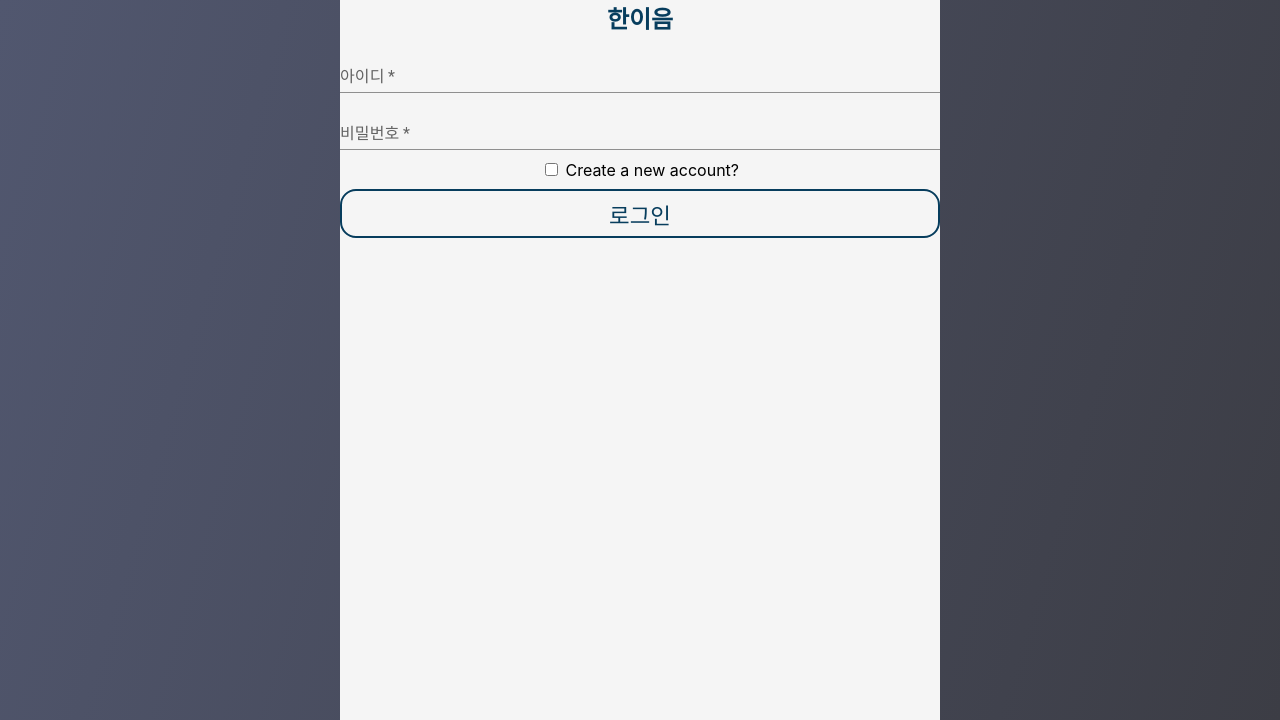
Repository: SeungYn/hanium
Page: /trade/sale
These files come from the project's save history. The page is drawn as it stood at one moment and after the next save; the edit follows.
The browser window is 1280 px wide. The pictures show the whole page.
The project was rebuilt for these pictures with package versions that can differ from the ones it lists, and the page was loaded fresh each time. Also part of the build but not shown: src/App.css, src/components/Chat/ChatHeader/ChatHeader.module.css, src/components/Chat/ChatHeader/ChatHeader.jsx, src/components/Chat/ChatPeoples/ChatPeoples.jsx, src/components/Chat/ChatSideBar/ChatSideBar.module.css, src/components/Chat/ChatSideBar/ChatSideBar.jsx, src/components/ReadPopup/ReadPopup.module.css, src/components/ReadPopup/ReadPopup.jsx and 17 more.

Above is the page before, as saved 2022-11-03 18:33:59.

After the next save:
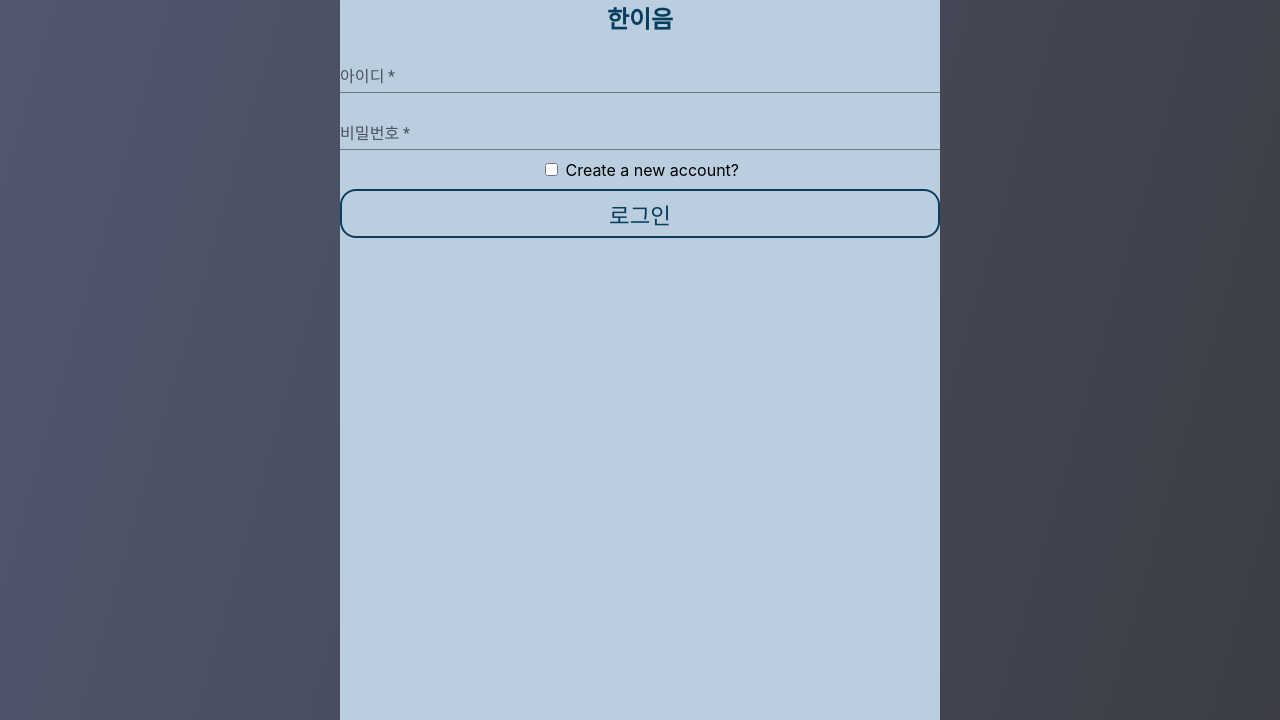
Saved 5 s later.
--- a/src/index.css
+++ b/src/index.css
@@ -2,7 +2,7 @@
   --color-darkBlue: #073d5d;
   --color-darkBlue-lignt: #0a476b;
   --color-main: #42a5f5;
-  --color-bg-dark: #f5f5f5;
+  --color-bg-dark: #bacee0;
   --color-bg: #bacee0;
   --color-font: #073d5d;
   --color-font-reverse: white;

After the save that followed:
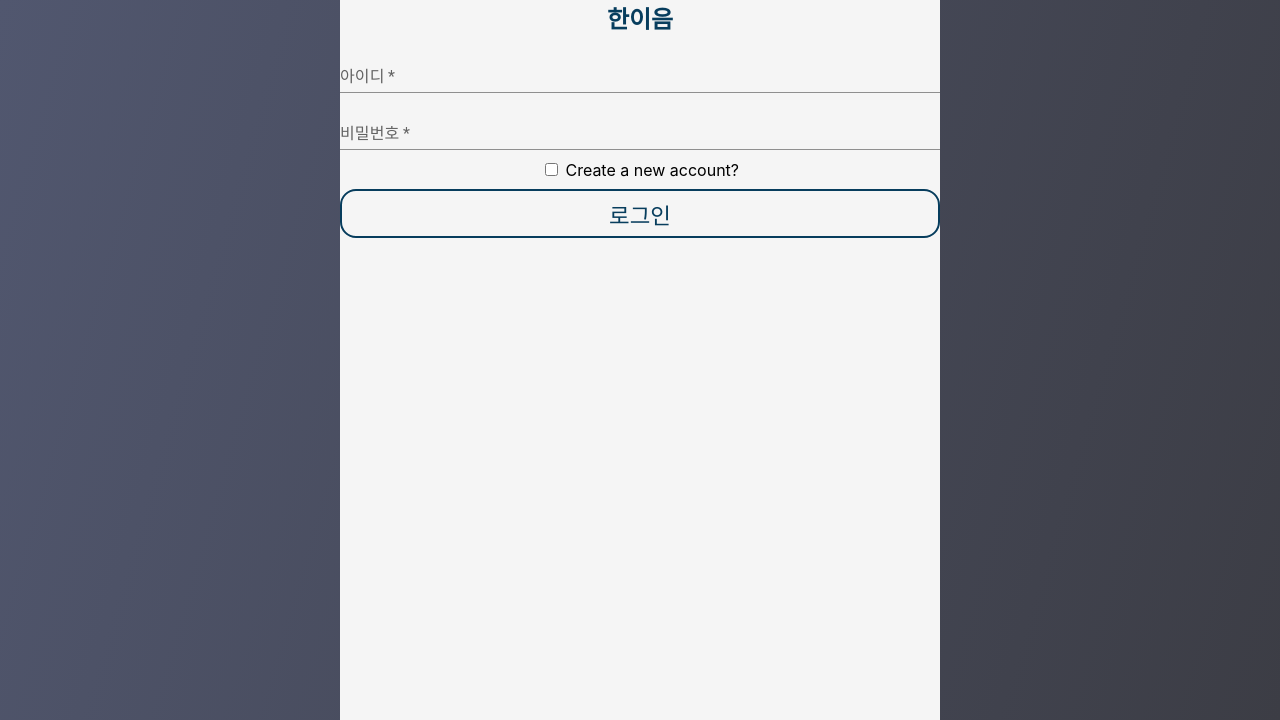
Saved 80 s later.
--- a/src/index.css
+++ b/src/index.css
@@ -2,8 +2,8 @@
   --color-darkBlue: #073d5d;
   --color-darkBlue-lignt: #0a476b;
   --color-main: #42a5f5;
-  --color-bg-dark: #bacee0;
-  --color-bg: #bacee0;
+  --color-bg-dark: #f5f5f5;
+  --color-bg: #fdfffd;
   --color-font: #073d5d;
   --color-font-reverse: white;
   --color-accent: #073d5d;
